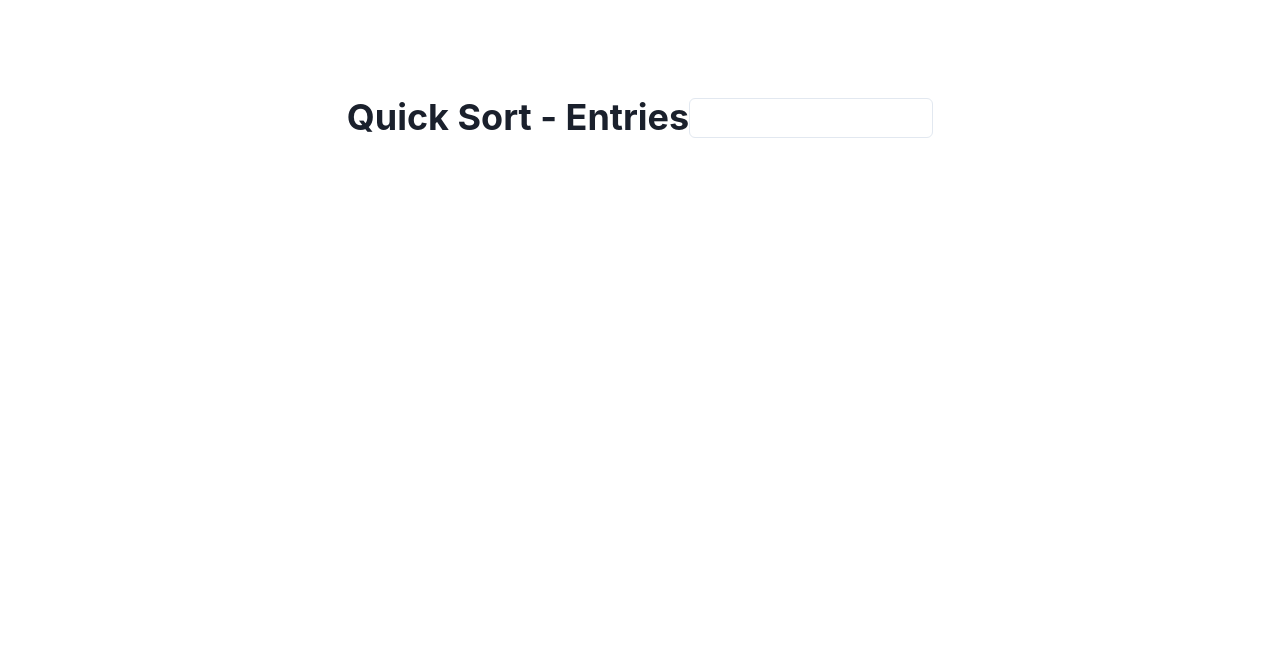
Repository: rohit-jindal18/stock-trailer
Page: /home
These files come from the project's save history. The page is drawn as it stood at one moment and after the next save; the edit follows.
The browser window is 1280 px wide. The pictures show the whole page.
The project was rebuilt for these pictures with package versions that can differ from the ones it lists, and the page was loaded fresh each time. The framework's server and built-in components were replaced by stand-ins that run in the browser. Also part of the build but not shown: next.config.js.

Above is the page before, as saved 2023-03-14 14:57:18.

After the next save:
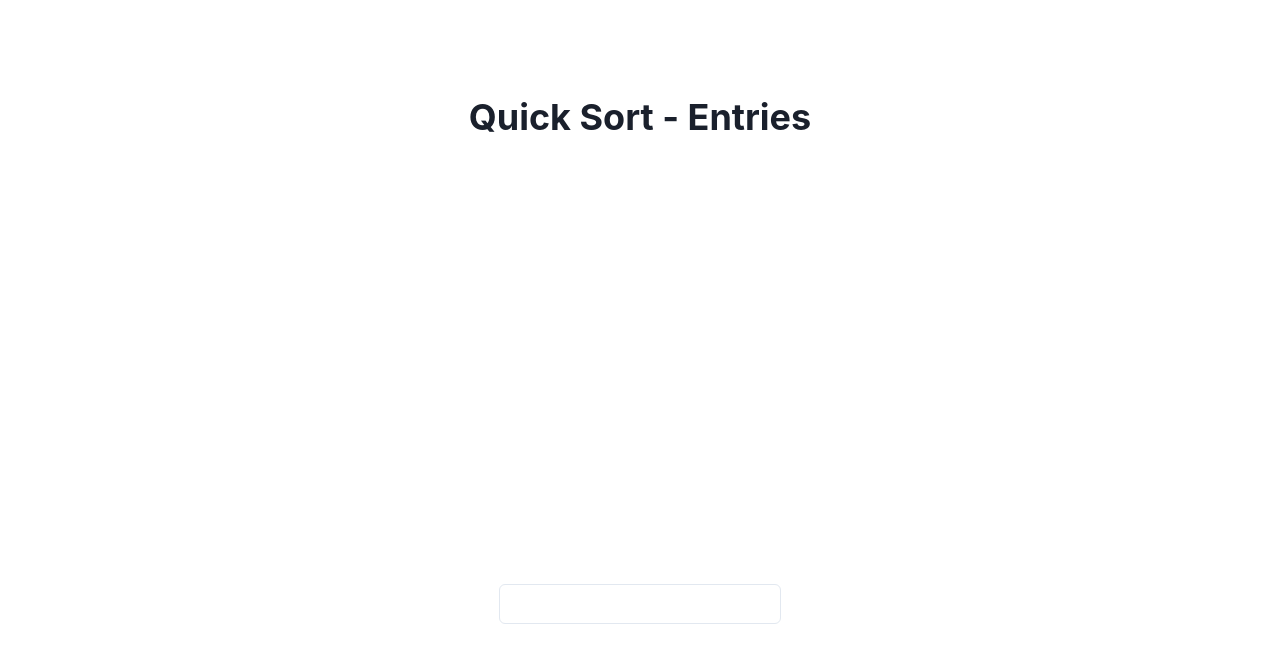
Saved 13 s later.
--- a/src/pages/home.tsx
+++ b/src/pages/home.tsx
@@ -23,22 +23,22 @@ export default function Authorize() {
       <main className={styles.main}>
         <div className={styles.description}>
           <Heading>Quick Sort - Entries</Heading>
-          <Box>
-            {
-              instruments.map((instrument, index) => {
-                return (
-                  <Input value={instrument.id} onChange={(event) => {
-                    const newInstruments = [
-                      ...instruments
-                    ]
-                    newInstruments[index].id = event.target.value
-                    setInstruments(newInstruments);
-                  }} />
-                );
-              })
-            }
-          </Box>
         </div>
+        <Box>
+          {
+            instruments.map((instrument, index) => {
+              return (
+                <Input value={instrument.id} onChange={(event) => {
+                  const newInstruments = [
+                    ...instruments
+                  ]
+                  newInstruments[index].id = event.target.value
+                  setInstruments(newInstruments);
+                }} />
+              );
+            })
+          }
+        </Box>
       </main>
     </>
   )
